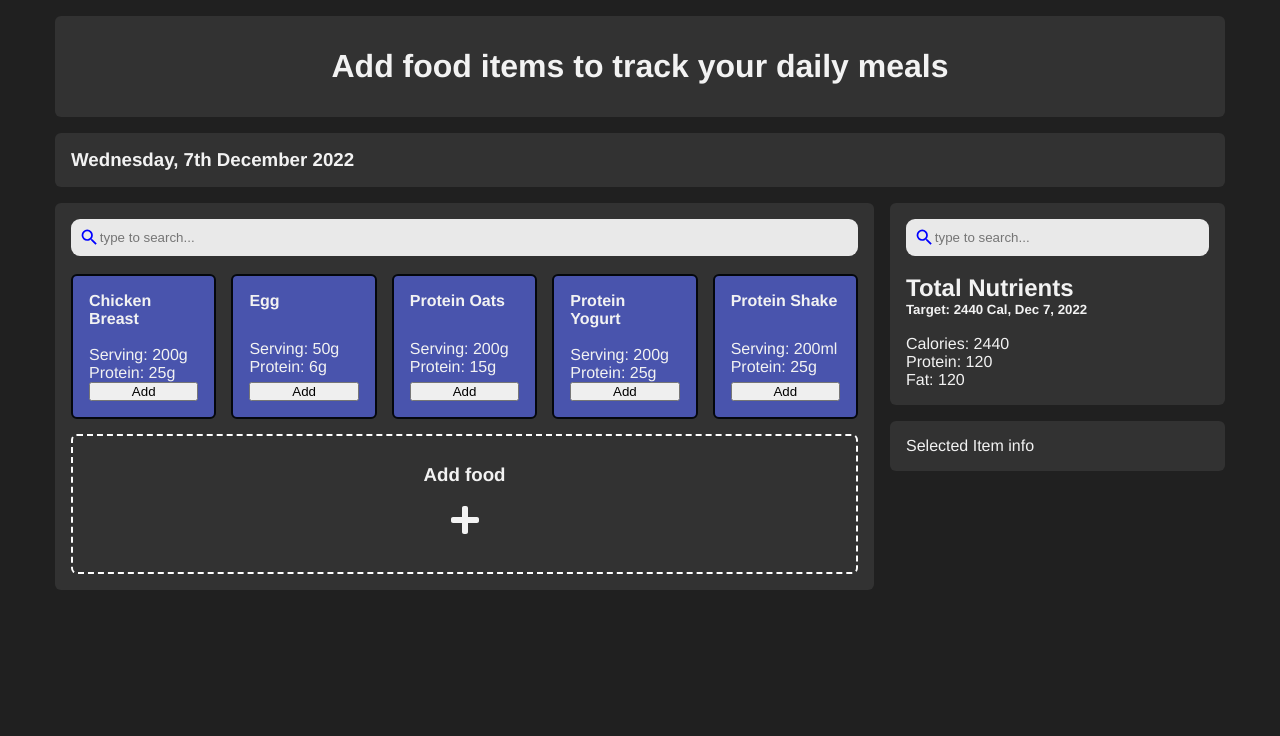
Repository: CEEPREL/NutritionTracker
Page: /
The author's editor kept a copy of each file at every save. The page is drawn from the files as they stood at one save, then again after the next save.
The browser window is 1280 px wide. The pictures show the whole page.
Pictures or frames that could not be fetched are drawn as grey boxes. The project was rebuilt for these pictures with package versions that can differ from the ones it lists, and the page was loaded fresh each time. Also part of the build but not shown: vite.config.js.

Above is the page before, as saved 2022-12-08 19:13:26.

After the next save:
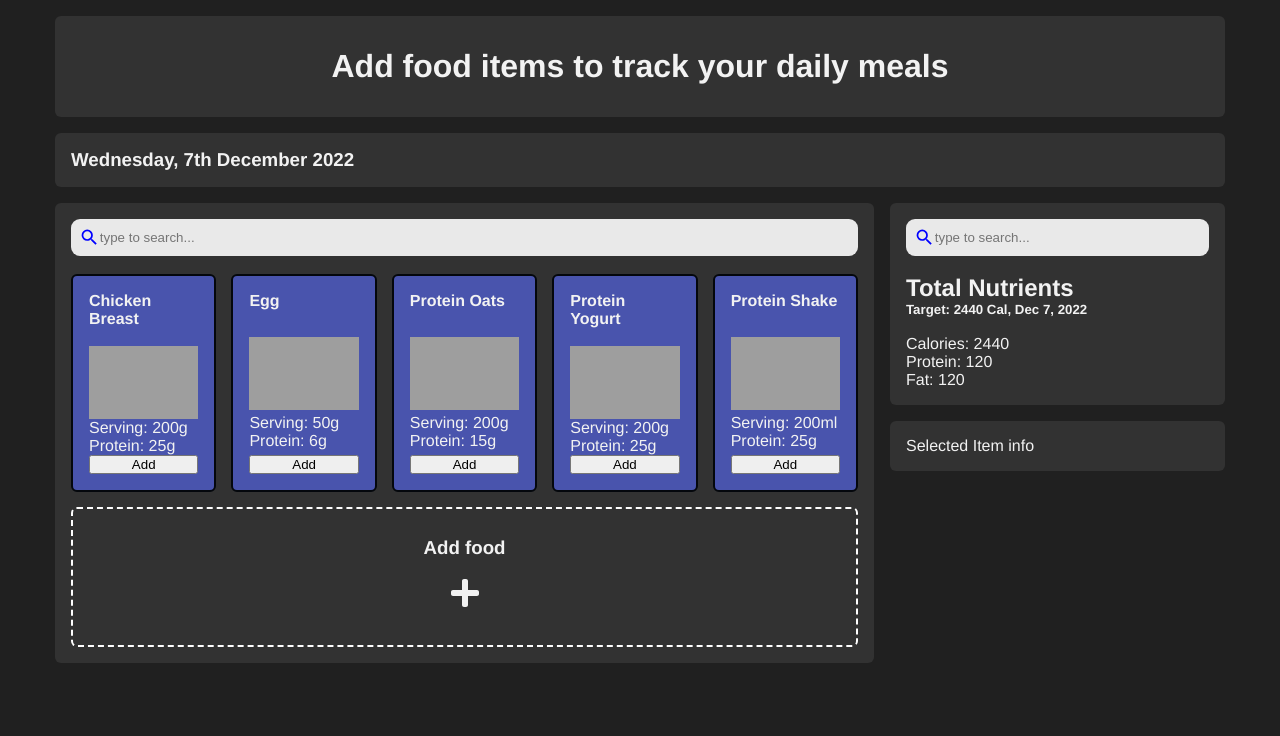
Saved 18 min 30 s later.
--- a/src/components/Food.js
+++ b/src/components/Food.js
@@ -6,7 +6,7 @@ const Food = ({ id, name, size, protein, image }) => {
 
             <h4><strong>{name}</strong></h4>
             <br></br>
-            {/* <img className="small" src={image} alt={name}></img> */}
+            <img className="small" src={image} alt={name}></img>
             <div>
                 <p>Serving: {size}</p>
                 <p>Protein: {protein}</p>
